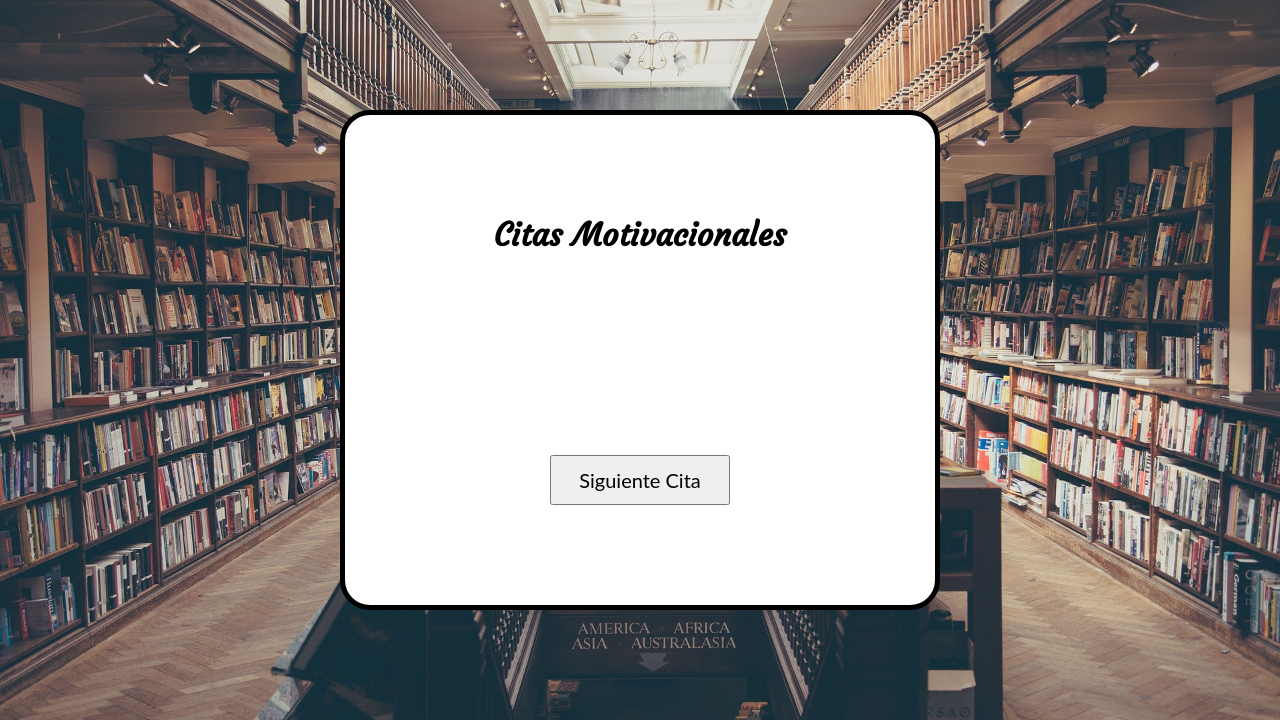
Repository: JoyMoGas/javascript-learn
Page: citas-aleatorias/index.html
The author's editor kept a copy of each file at every save. The page is drawn from the files as they stood at one save, then again after the next save.
The browser window is 1280 px wide. The pictures show the whole page.

Above is the page before, as saved 2024-05-12 17:39:02.

After the next save:
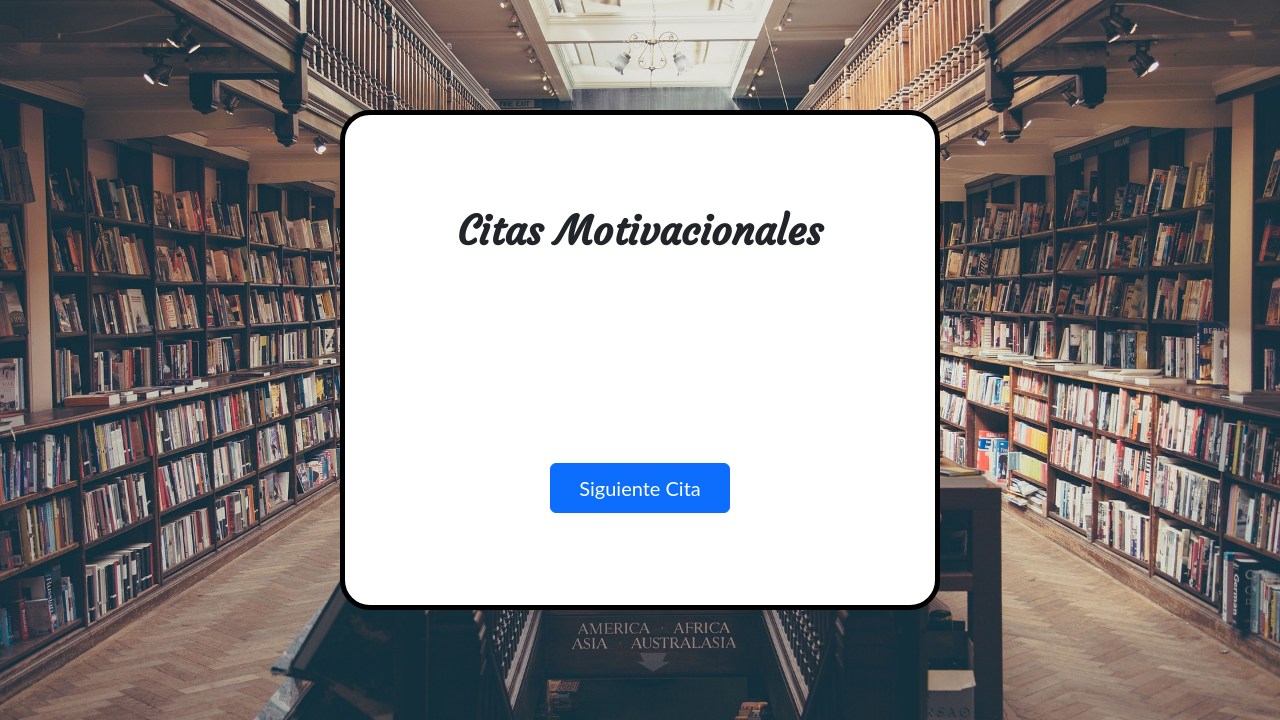
Saved 2 min 25 s later.
--- a/citas-aleatorias/index.html
+++ b/citas-aleatorias/index.html
@@ -4,7 +4,9 @@
     <meta charset="UTF-8" />
     <meta name="viewport" content="width=device-width, initial-scale=1.0" />
     <title>Citas Aleatorias</title>
+    <link href="https://cdn.jsdelivr.net/npm/bootstrap@5.3.3/dist/css/bootstrap.min.css" rel="stylesheet" integrity="sha384-QWTKZyjpPEjISv5WaRU9OFeRpok6YctnYmDr5pNlyT2bRjXh0JMhjY6hW+ALEwIH" crossorigin="anonymous">
     <link rel="stylesheet" href="styles.css" />
+
   </head>
   <body>
     <div class="contenedor contenido-centrado">
@@ -16,6 +18,7 @@
       </div>
     </div>
 
+    <script src="https://cdn.jsdelivr.net/npm/bootstrap@5.3.3/dist/js/bootstrap.bundle.min.js" integrity="sha384-YvpcrYf0tY3lHB60NNkmXc5s9fDVZLESaAA55NDzOxhy9GkcIdslK1eN7N6jIeHz" crossorigin="anonymous"></script>
     <script src="citas.js"></script>
     <script src="app.js"></script>
   </body>
